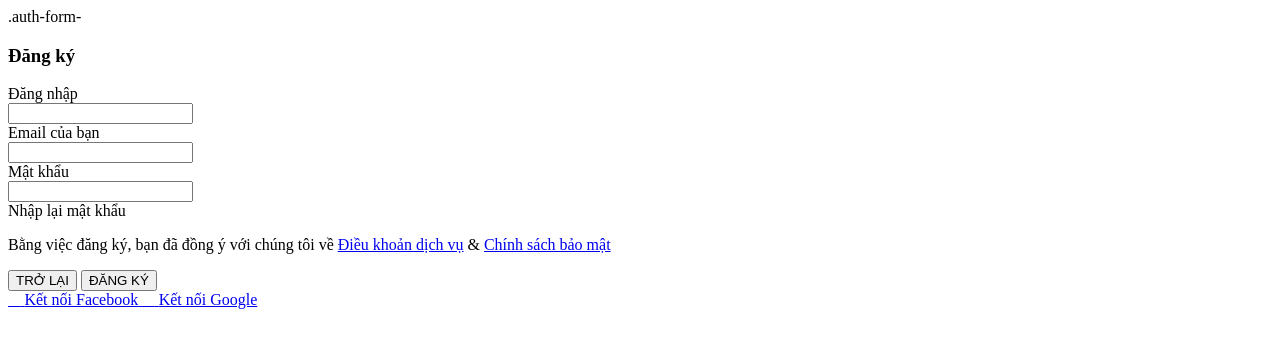
Repository: ximvhs/sochitieu
Page: login.html
The author's editor kept a copy of each file at every save. The page is drawn from the files as they stood at one save, then again after a run of saves.
The browser window is 1280 px wide. The pictures show the whole page.
Some web fonts or font styles are not loaded; a fallback is used.

Above is the page before, as saved 2023-04-05 09:29:31.

After the next 4 saves:
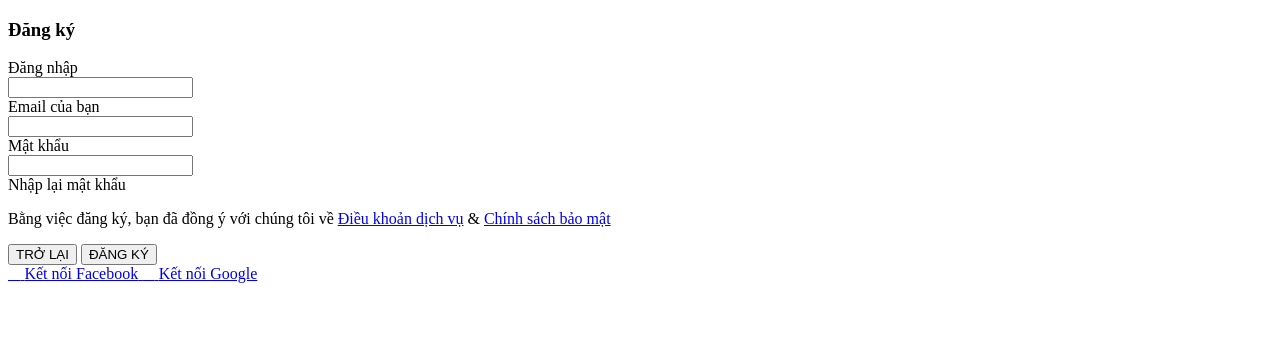
The 4 saves are shown as one change because they came seconds apart.
The last was saved 12 s later.
--- a/login.html
+++ b/login.html
@@ -21,8 +21,10 @@
     <form action="">
         <div class="modal js-show_register">
                 <div class="modal__body">
-                    .auth-form-
-                    <div class="auth-form js-auth-form">
+                    <div class="auth-form--left">
+
+                    </div>
+                    <div class="auth-form--right js-auth-form">
                         <div class="auth-form__container">
                             <div class="auth-form__header">
                                 <h3 class="auth-form__heading">Đăng ký</h3>
